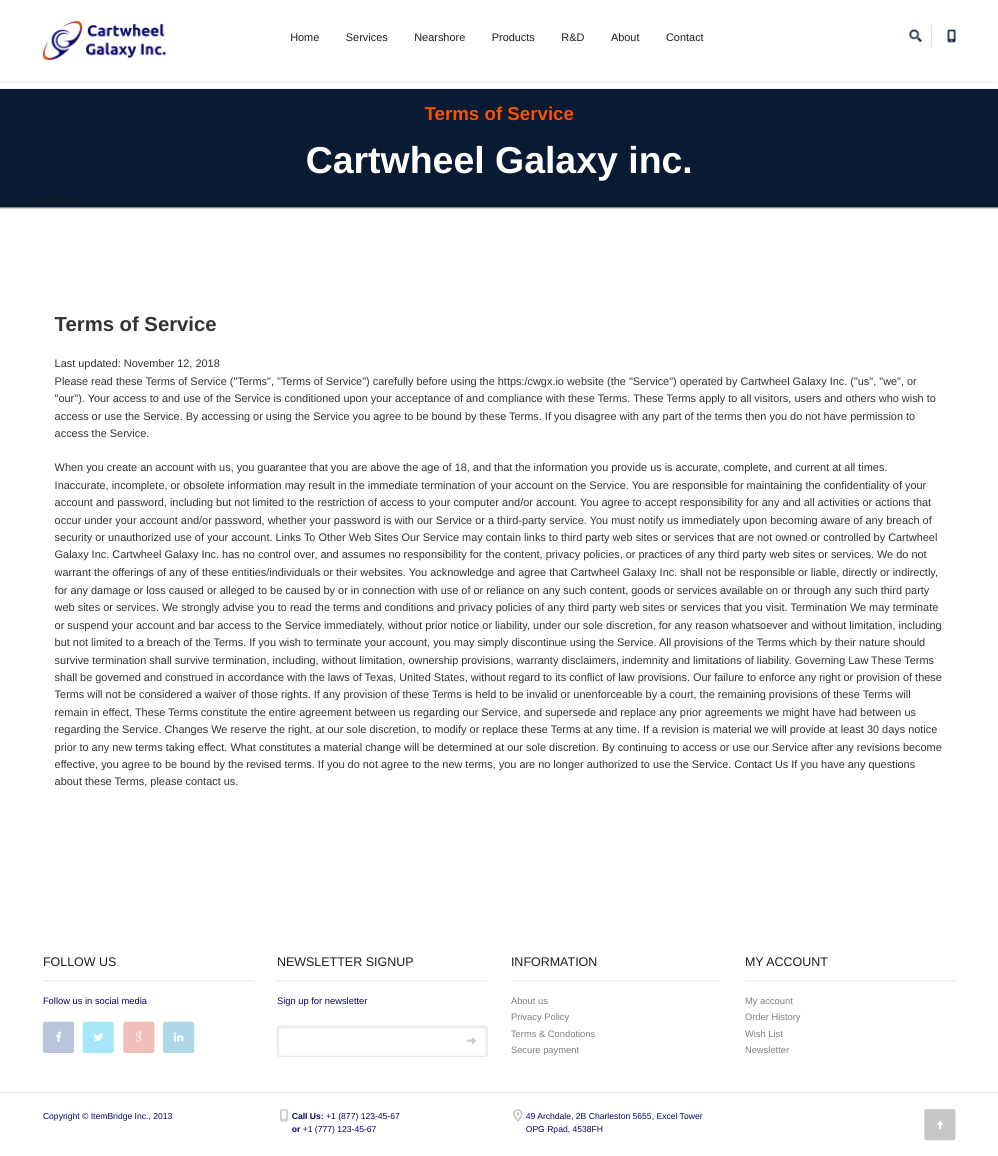
Repository: g-tecio/cwgx.io
Page: terms.html
The author's editor kept a record of every edit. The page is drawn from the files as they stood at one moment, then again after the next edit.
The browser window is 1280 px wide. The pictures show the whole page, at 78% of full size.

Above is the page before.

After the next edit:
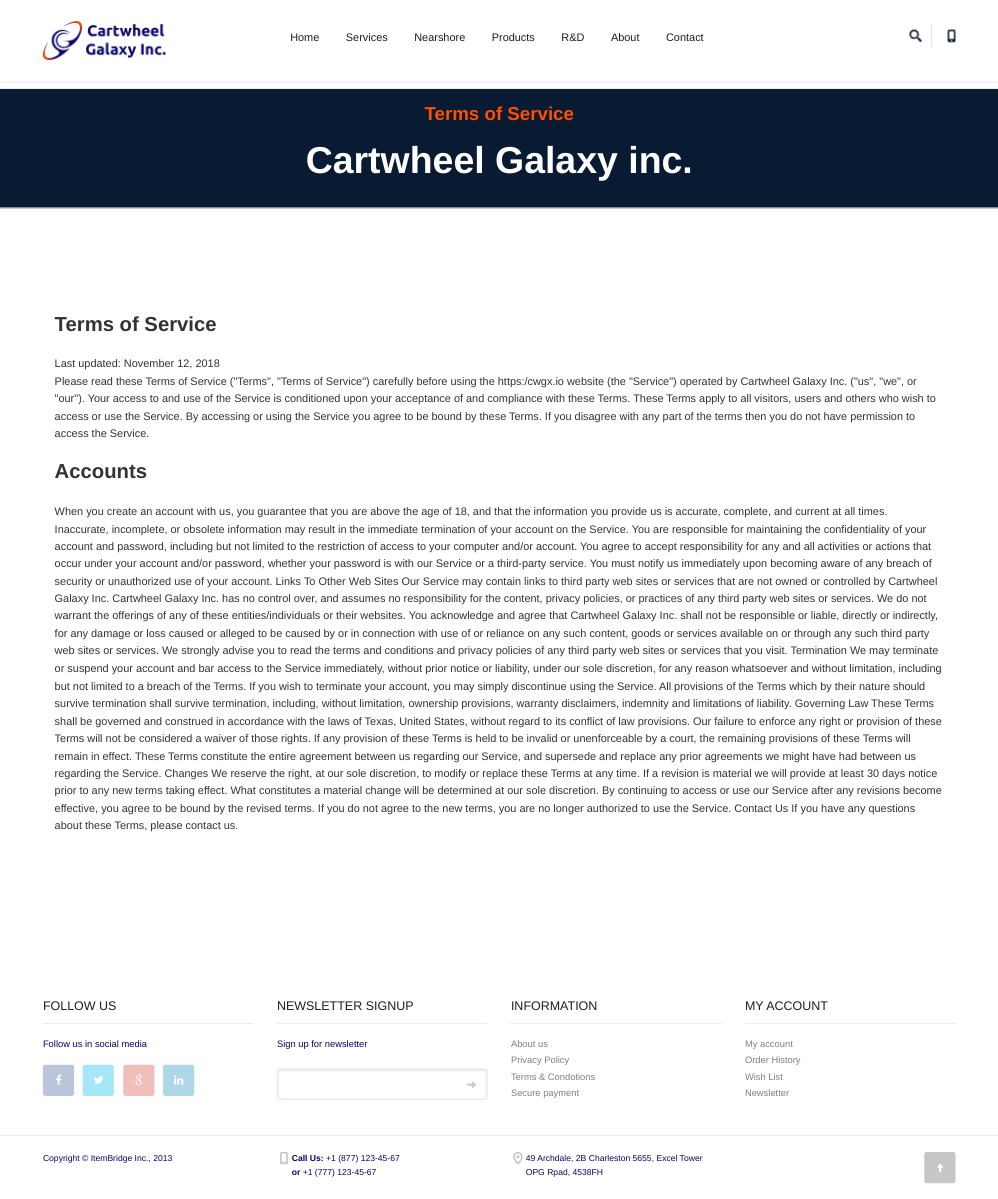
The edit:
--- a/terms.html
+++ b/terms.html
@@ -180,7 +180,7 @@
 Your access to and use of the Service is conditioned upon your acceptance of and compliance with these Terms. These Terms apply to all visitors, users and others who wish to access or use the Service.
 By accessing or using the Service you agree to be bound by these Terms. If you disagree with any part of the terms then you do not have permission to access the Service.
 </p>
-<h4></h4>
+<h4>Accounts</h4>
 <p>
 
 </p>
